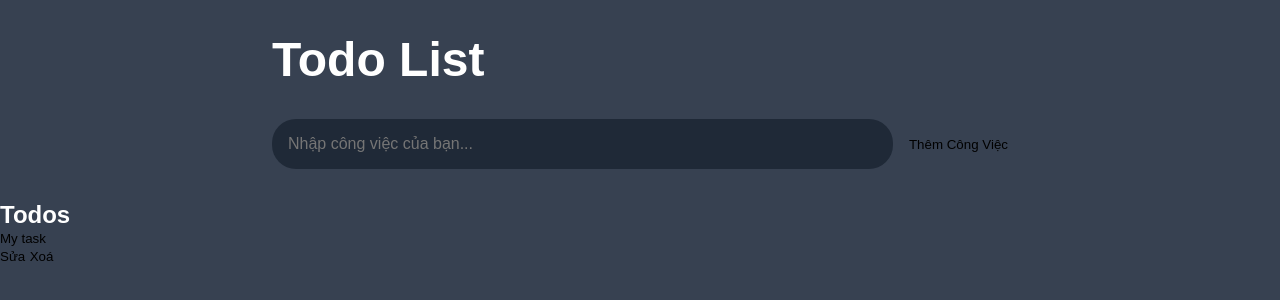
Repository: ntheanh/Todo-List
Page: index.html
An editor plug-in stored every save of this project. The page is shown before and after the next save, followed by the edit.
The browser window is 1280 px wide. The pictures show the whole page.
The style sheet was rebuilt from its Sass, Less or Tailwind sources for each picture, by a compiler version that may differ from the author's.

Above is the page before, as saved 2023-03-15 22:41:26.

### index.html
<!DOCTYPE html>
<html lang="en">
  <head>
    <meta charset="UTF-8" />
    <meta http-equiv="X-UA-Compatible" content="IE=edge" />
    <meta name="viewport" content="width=device-width, initial-scale=1.0" />
    <title>My Todo List</title>
    <link rel="stylesheet" href="style.css" />
  </head>
  <body>
    <header>
      <h1>Todo List</h1>
      <form action="" id="new-todo-form">
        <input
          id="new-todo-input"
          type="text"
          name="todo"
          placeholder="Nhập công việc của bạn... "
        />
        <input id="new-todo-submit" type="submit" value="Thêm Công Việc" />
      </form>
    </header>
    <main>
      <section class="task-list">
        <h2>Todos</h2>
        <div id="tasks">
          <div class="task">
            <div class="content">
              <input
                type="text"
                class="content_input"
                value="My task"
                readonly
              />
            </div>
            <div class="actons">
              <button class="edit">Sửa</button>
              <button class="delete">Xoá</button>
            </div>
          </div>
        </div>
      </section>
    </main>

    <script src="app.js"></script>
  </body>
</html>

### style.scss
:root {
  --dark: #374151;
  --darker: #1f2937;
  --darkest: #111827;
  --gray: #6b7280;
  --light: #eee;
  --pink: #ec4899;
  --purple: #8b5cf6;
}

* {
  margin: 0;
  padding: 0;
  box-sizing: border-box;
  font-family: "Poppins", sans-serif;
}

body {
  display: flex;
  flex-direction: column;
  min-height: 100vh;
  background: var(--dark);
  color: #fff;
}

header {
  padding: 2rem;
  width: 100%;
  max-width: 800px;
  margin: 0 auto;
  h1 {
    font-size: 3rem;
    font-weight: 600;
    margin-bottom: 2rem;
  }
}
#new-todo-form {
  display: flex;
}

input,
button {
  appearance: none;
  border: none;
  outline: none;
  background: none;
}

#new-todo-input {
  flex: 1 1 0%;
  background: var(--darker);
  padding: 1rem;
  border-radius: 1.5rem;
  margin-right: 1rem;
  color: var(--light);
  font-size: 1rem;
}

Loaded but not shown: app.js (no stored copy; drawn as an empty file)

After the next save:
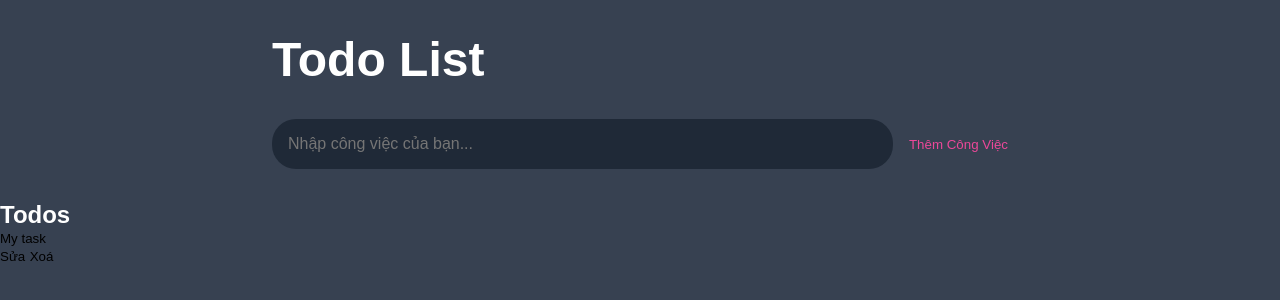
Saved 88 s later.
--- a/style.scss
+++ b/style.scss
@@ -55,3 +55,6 @@ button {
   color: var(--light);
   font-size: 1rem;
 }
+#new-todo-submit {
+  color: var(--pink);
+}
